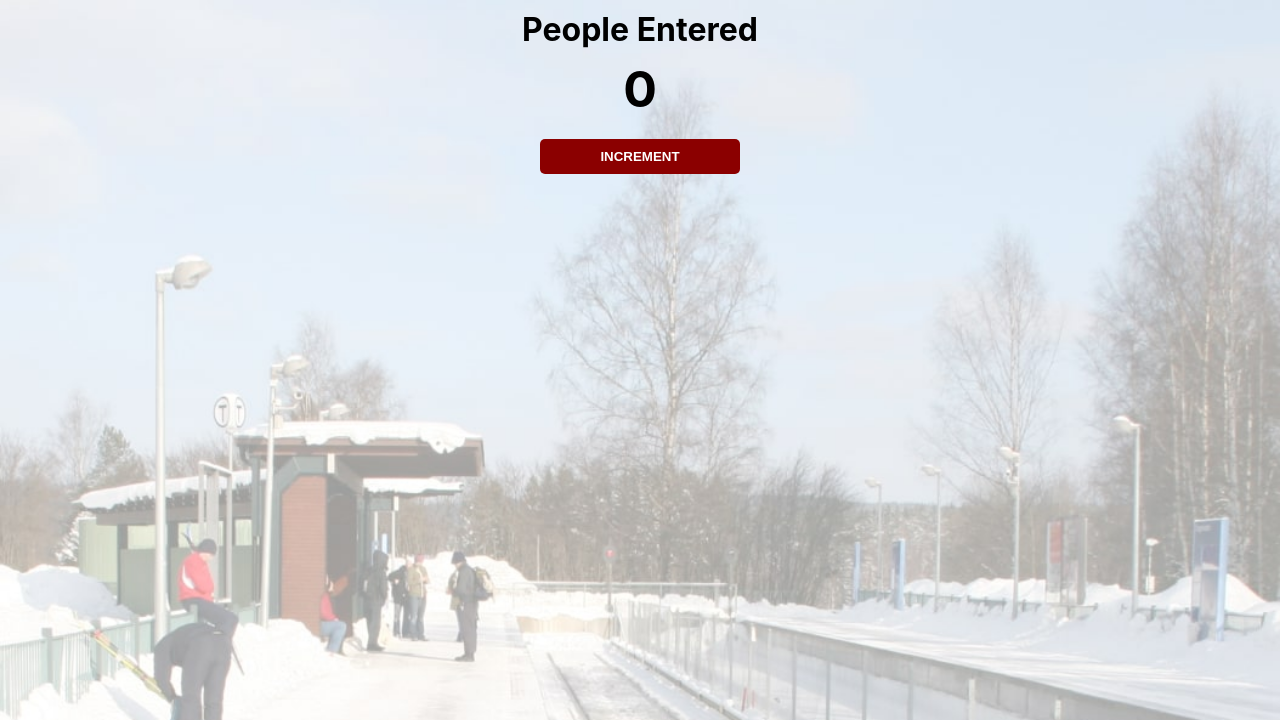
Repository: jt010051/JavaScriptCounter
Page: index.html
The author's editor kept a copy of each file at every save. The page is drawn from the files as they stood at one save, then again after the next save.
The browser window is 1280 px wide. The pictures show the whole page.

Above is the page before, as saved 2022-02-26 15:47:57.

After the next save:
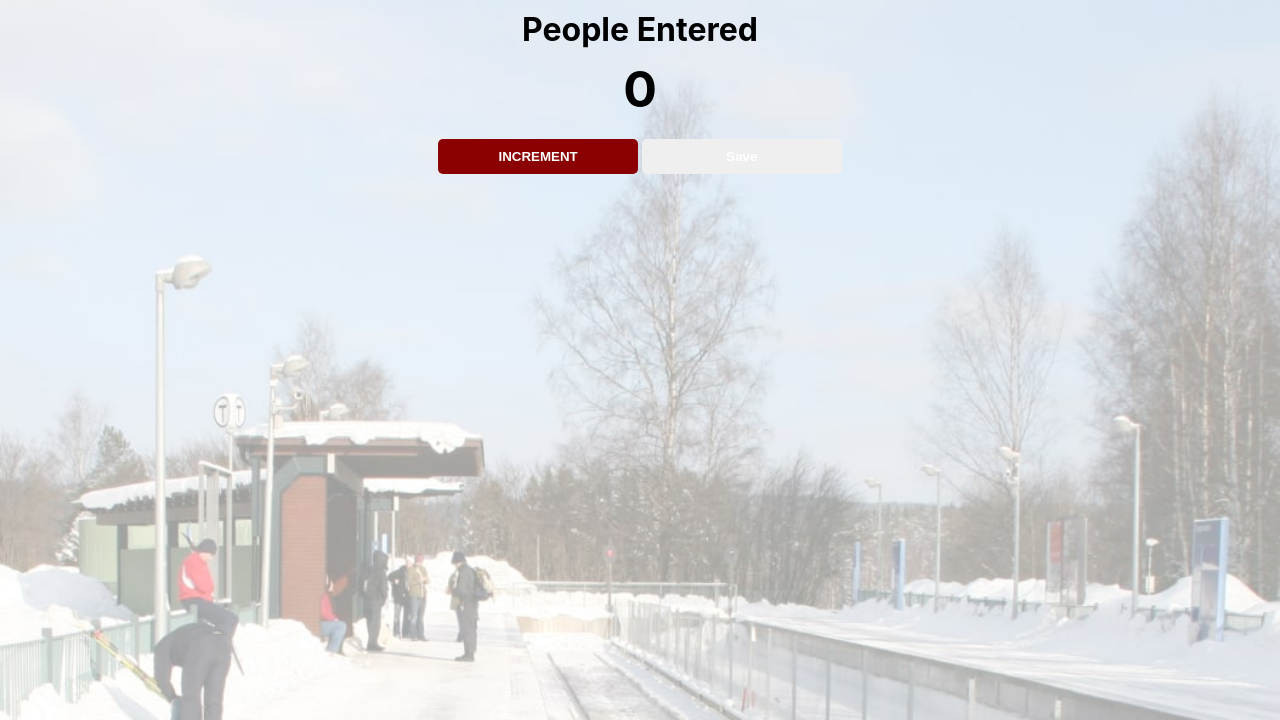
Saved 52 s later.
--- a/index.html
+++ b/index.html
@@ -6,6 +6,7 @@
     <h1>People Entered</h1>
     <h2 id ="count-el">0</h2>
     <button id="increment-btn"onclick ="increment()">INCREMENT</button>
+    <button id="sve-btn"onclick ="save()">Save</button>
     <script src = "index.js"> </script>
 </body>
 </html>
